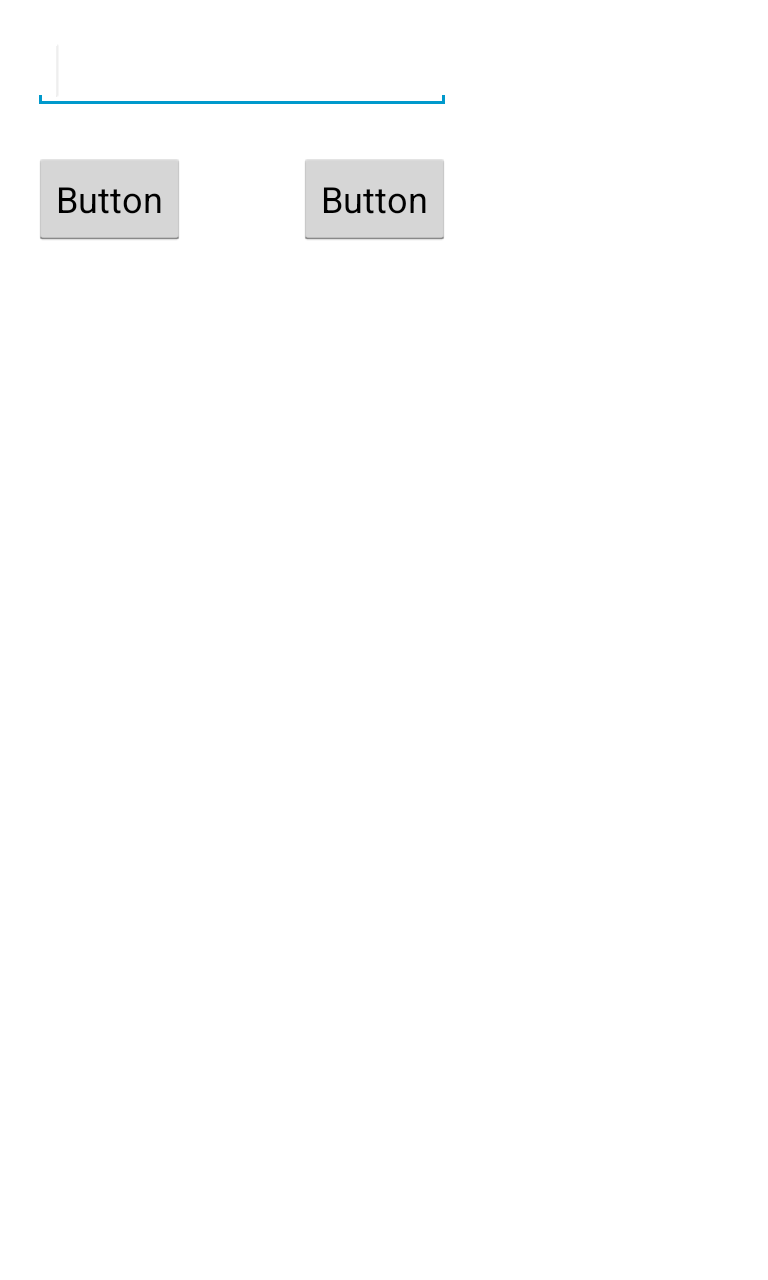
Repository: sstevenmr/SP-Galileo
Layout: Demo/res/layout/activity_main.xml
These files come from the project's save history. The layout is drawn as it stood at one moment and after the next save; the edit follows.
It is drawn on a 768 x 1280 px phone screen (xhdpi) without system bars, with theme AppTheme; the app's code is not run.

Above is the layout before, as saved 2014-01-23 23:23:09.

After the next save:
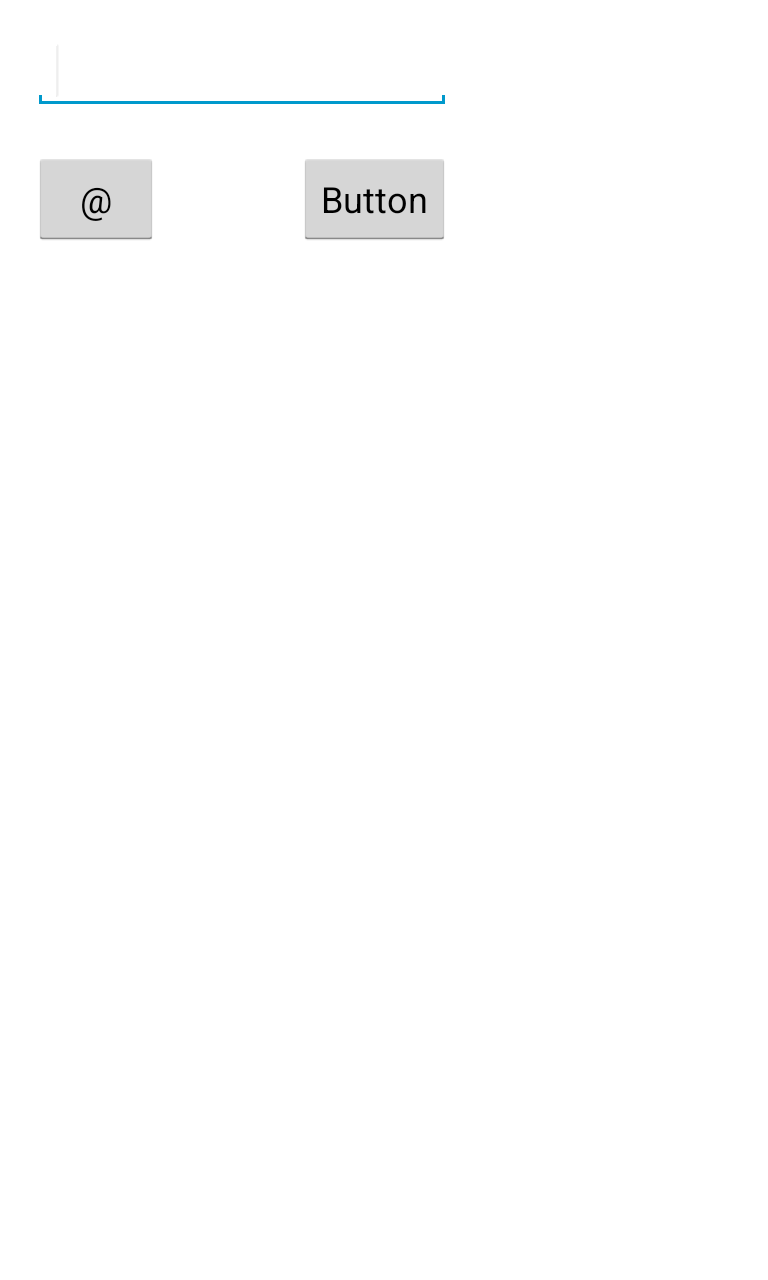
Saved 42 s later.
--- a/Demo/res/layout/activity_main.xml
+++ b/Demo/res/layout/activity_main.xml
@@ -35,6 +35,6 @@
         android:layout_alignLeft="@+id/editTextSearchQuery"
         android:layout_below="@+id/editTextSearchQuery"
         android:layout_marginTop="20dp"
-        android:text="Button" />
+        android:text="@" />
 
 </RelativeLayout>
